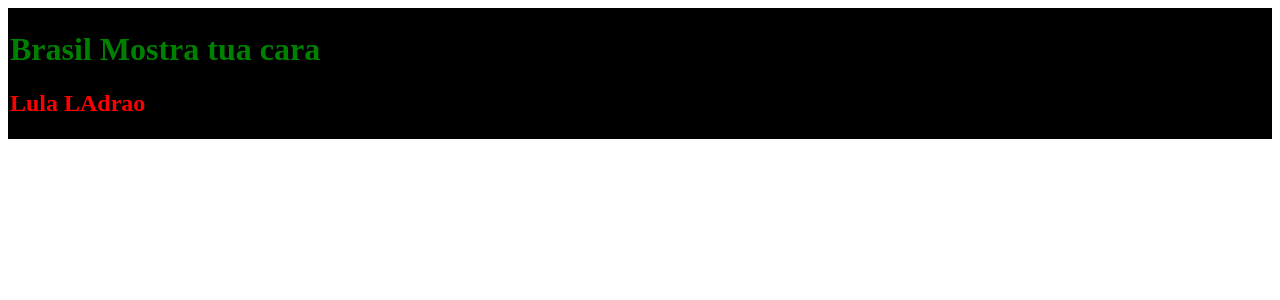
Repository: lcluizrj/meu-projeto-vscode
Page: / (app in cadastro-usuarios-devclub/)
These files come from the project's save history. The page is drawn as it stood at one moment and after a run of saves; the edit follows.
The browser window is 1280 px wide. The pictures show the whole page.
The project was rebuilt for these pictures with package versions that can differ from the ones it lists, and the page was loaded fresh each time. Also part of the build but not shown: cadastro-usuarios-devclub/vite.config.js.

Above is the page before, as saved 2026-08-12 18:38:01.

### cadastro-usuarios-devclub/index.html
<!doctype html>
<html lang="en">
  <head>
    <meta charset="UTF-8" />
    <link rel="icon" type="image/svg+xml" href="/favicon.svg" />
    <meta name="viewport" content="width=device-width, initial-scale=1.0" />
    <title>cadastro-usuarios-devclub</title>
    <link rel="preconnect" href="https://fonts.googleapis.com">
    <link rel="preconnect" href="https://fonts.gstatic.com" crossorigin>
    <link href="https://fonts.googleapis.com/css2?family=Poppins:wght@300;600&family=Roboto:ital,wght@0,100..900;1,100..900&display=swap" rel="stylesheet">
  </head>
  <body>
    <div id="root"></div>
    <script type="module" src="/src/main.jsx"></script>
  </body>
</html>

### cadastro-usuarios-devclub/src/main.jsx
import { StrictMode } from 'react'
import { createRoot } from 'react-dom/client'
import { globalstyles } from './styles/globalstyles.js'
import App from './App.jsx'

createRoot(document.getElementById('root')).render(
  <StrictMode>
    <App />
  </StrictMode>,
)

### cadastro-usuarios-devclub/src/styles/globalstyles.js
import { createGlobalStyle } from "styled-components";

export const globalstyles = createGlobalStyle`
*   {

        margin: 0;
        padding:0;
        box-sizing:border-box;
        font-family: "Roboto", sans-serif;
    }

`

### cadastro-usuarios-devclub/src/App.jsx
import { Container } from "./styles"
import { Title } from "./styles"
function App () {

return (
  <Container>
    <h1>Brasil Mostra tua cara</h1>
    <Title> Lula LAdrao </Title>
  </Container>
)

}

export default App

### cadastro-usuarios-devclub/src/styles.js
import styled from "styled-components"

export const Container = styled.div `
 background: black;
 border: solid 2px ;
 border-radius: 15;

h1 {
    font-size: 40;
    color: green;

}

`
export const Title = styled.h2`

color: red;
border: blue;
font-size: 100;



`

After the next 3 saves:
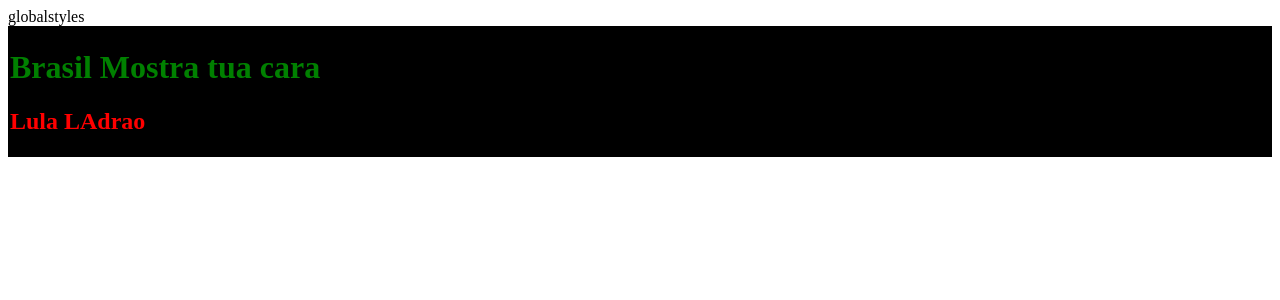
The 3 saves are shown as one change because they came seconds apart.
The last was saved 25 s later.
--- a/cadastro-usuarios-devclub/src/main.jsx
+++ b/cadastro-usuarios-devclub/src/main.jsx
@@ -5,6 +5,7 @@
 
 createRoot(document.getElementById('root')).render(
   <StrictMode>
+    <>globalstyles</>
     <App />
   </StrictMode>,
 )
